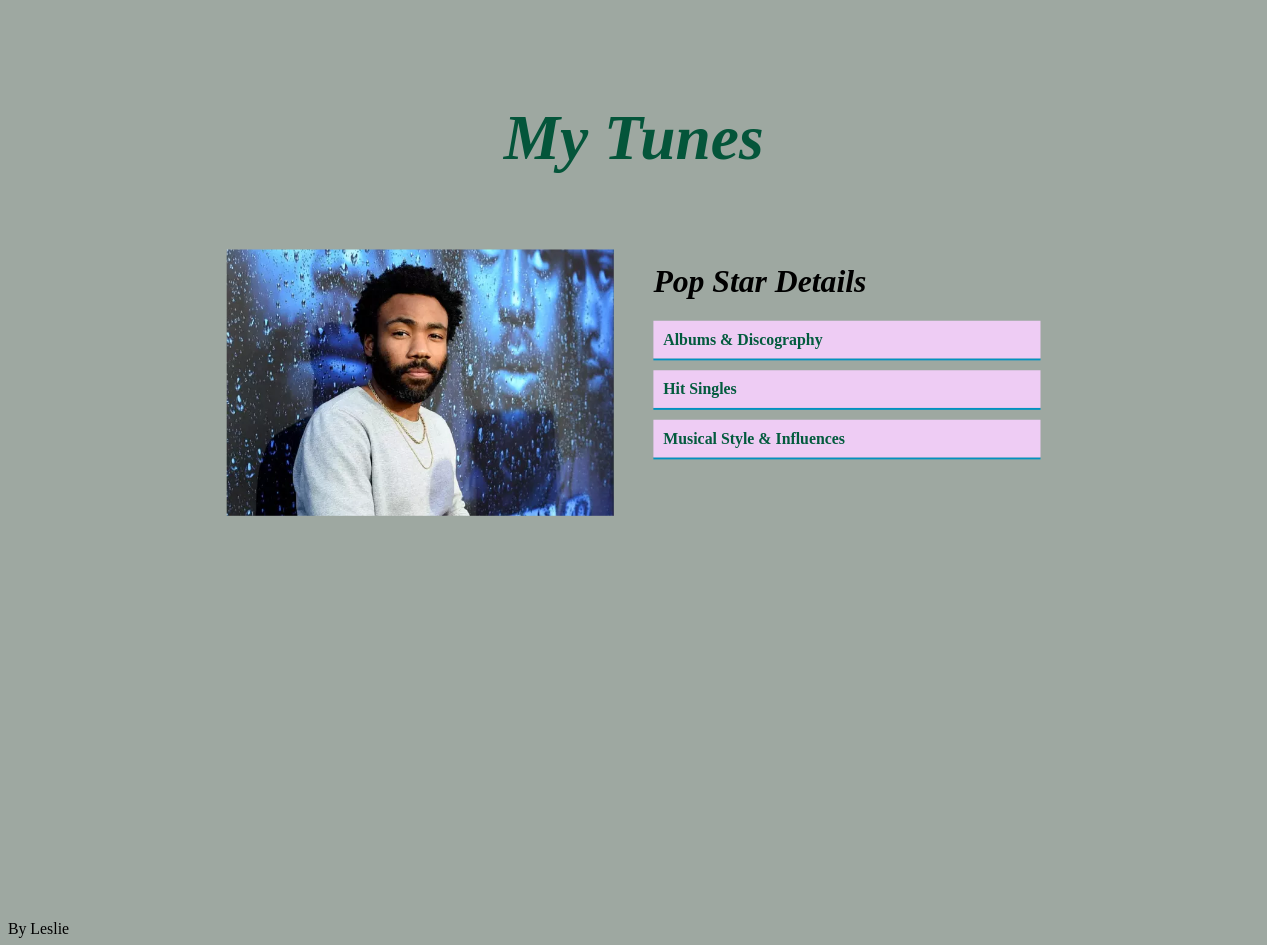
Repository: leslie179/labOne
Page: /
The author's editor kept a copy of each file at every save. The page is drawn from the files as they stood at one save, then again after the next save.
The browser window is 1280 px wide. The pictures show the whole page, at 99% of full size.
The project was rebuilt for these pictures with package versions that can differ from the ones it lists, and the page was loaded fresh each time. The framework's server and built-in components were replaced by stand-ins that run in the browser. Also part of the build but not shown: next.config.js, components/Footer/Footer.module.css.

Above is the page before, as saved 2024-09-15 22:59:22.

After the next save:
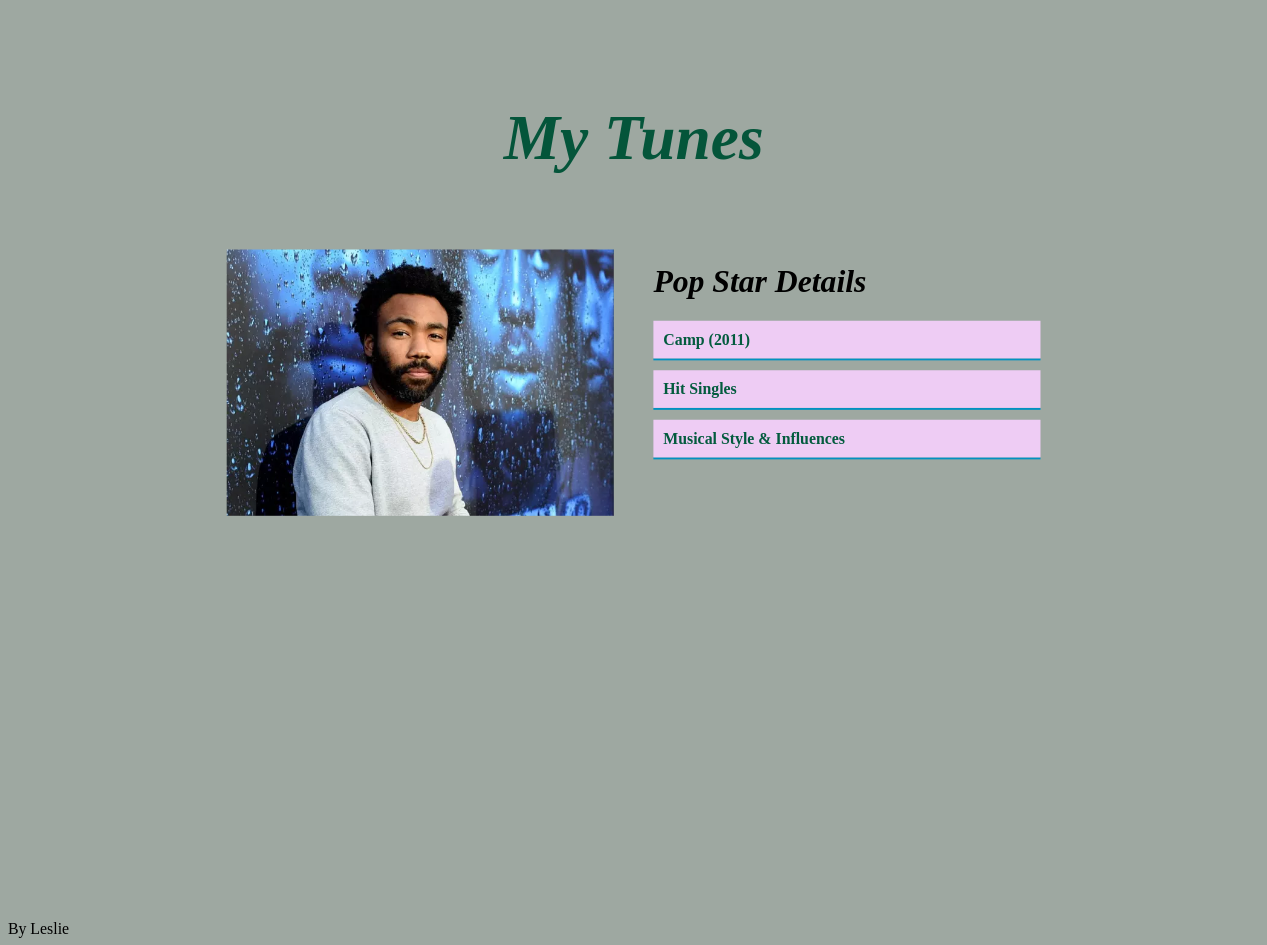
Saved 4 min 59 s later.
--- a/components/RightComponent/index.js
+++ b/components/RightComponent/index.js
@@ -10,7 +10,7 @@ export default function RightComponent() {
 
     const categories = [
         {
-            title: 'Albums & Discography',
+            title: 'Camp (2011)',
             content: '"Camp" \n"Because the Internet" \n"Awaken, My Love!"'
         },
         {
